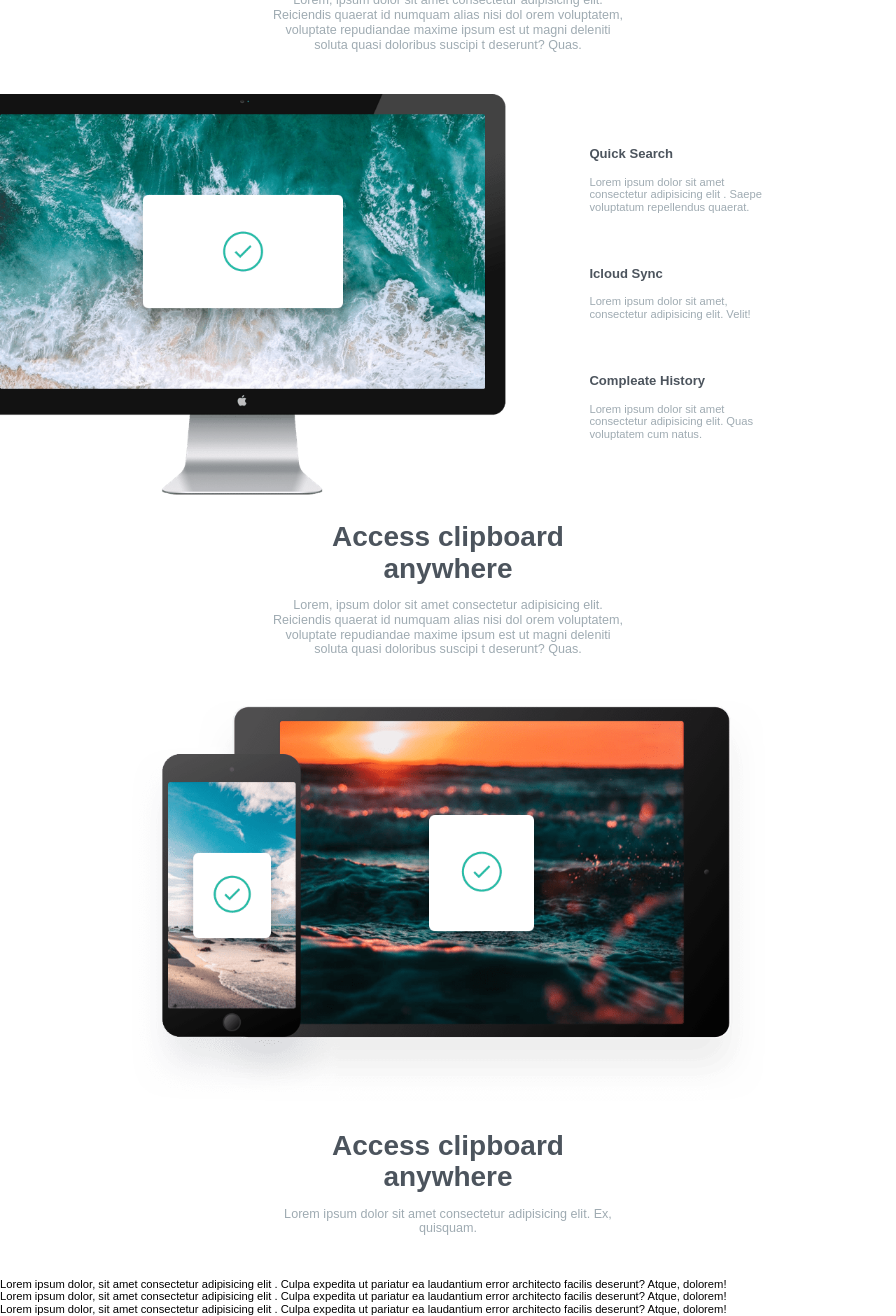
Repository: AbuMulla-Mohammad/clipboard
Page: index.html
The author's editor kept a copy of each file at every save. The page is drawn from the files as they stood at one save, then again after the next save.
The browser window is 1280 px wide. The pictures show the part of the page from y = 735 to 2655 px (the page is 2615 px tall before and 2655 px after), at 70% of full size.
Some web fonts or font styles are not loaded; a fallback is used.

Above is the page before, as saved 2023-11-01 10:56:21.

After the next save:
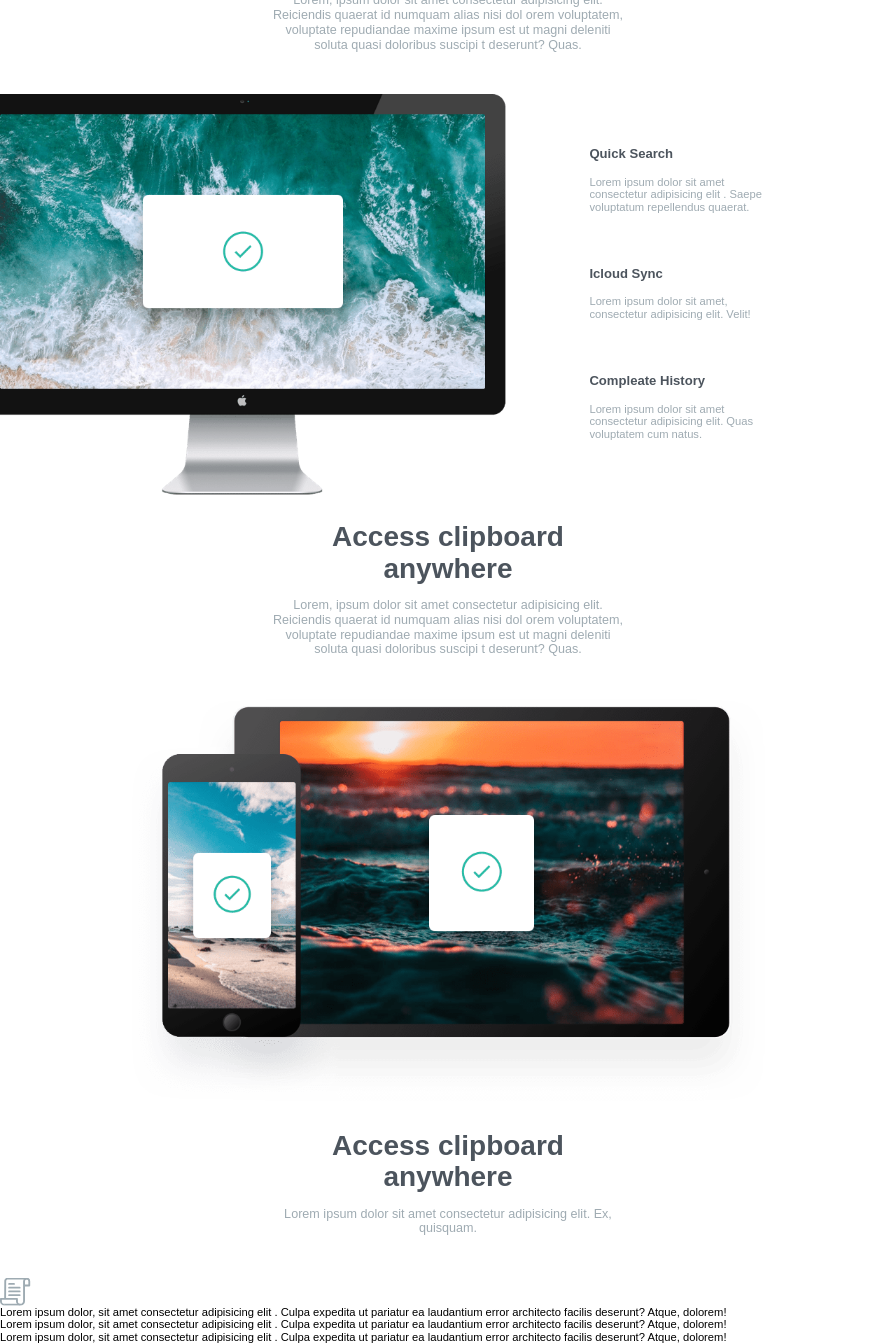
Saved 42 s later.
--- a/index.html
+++ b/index.html
@@ -91,7 +91,7 @@
     </div>
     <div class="workflow-items">
         <div class="item">
-            <img src="" alt="">
+            <img src="images/icon-blacklist.svg" alt="blacklist">
             <h3></h3>
             <p>Lorem ipsum dolor, sit amet consectetur adipisicing elit
                 . Culpa expedita ut pariatur ea laudantium
